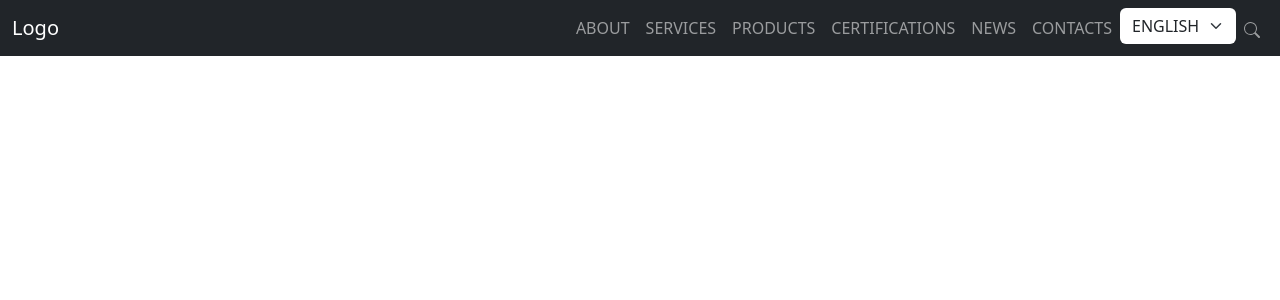
Repository: nourHellani/Buckler
Page: index.html
An editor plug-in stored every save of this project. The page is shown before and after the next save, followed by the edit.
The browser window is 1280 px wide. The pictures show the whole page.

Above is the page before, as saved 2023-02-13 11:32:59.

After the next save:
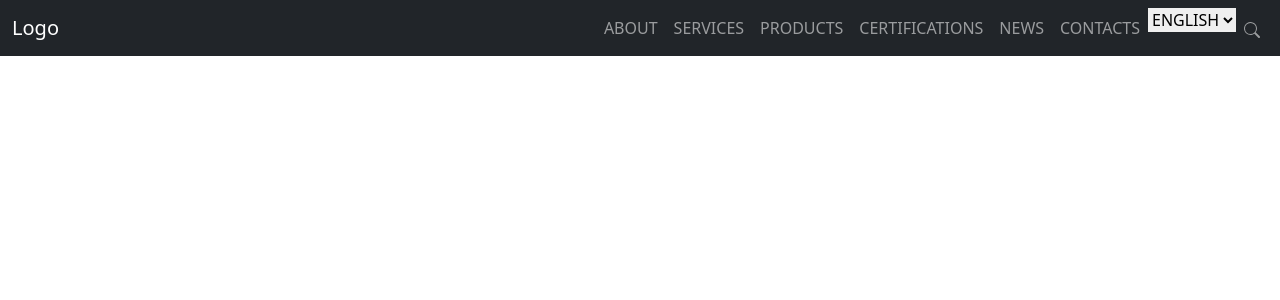
Saved 15 s later.
--- a/index.html
+++ b/index.html
@@ -40,7 +40,7 @@
                         <a class="nav-link" href="javascript:void(0)">CONTACTS</a>
                       </li>
                       <li class="nav-item ">
-                        <select class="form-select  border-0  " >
+                        <select class=" border-0  " >
                             <option selected>ENGLISH</option>
                             <option value="1">ARABIC</option>
                             </select>
